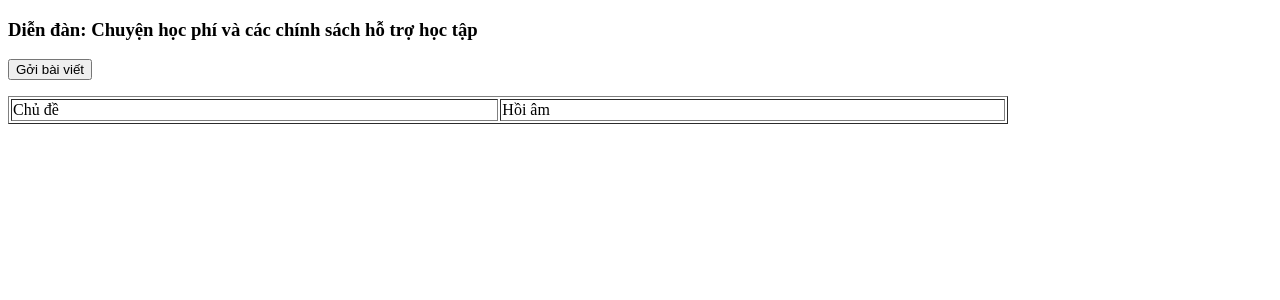
Repository: nguyenthanhnhan-st-961/GiuaKyChuyenDeWeb
Page: http://localhost/listTopics
The author's editor kept a copy of each file at every save. The page is drawn from the files as they stood at one save, then again after the next save.
The browser window is 1280 px wide. The pictures show the whole page.
The page is this project's Thymeleaf template; nobody is signed in. The template is opened directly, without the code that normally fills it, so the values that code supplies are empty.

Above is the page before, as saved 2023-04-12 00:57:40.

After the next save:
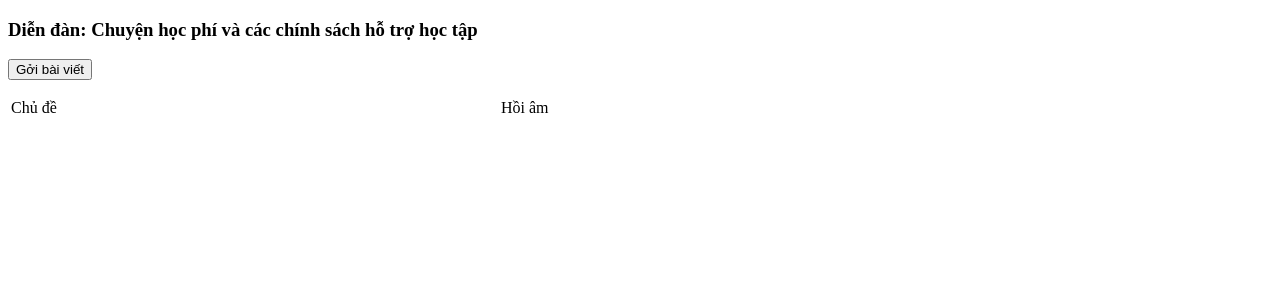
Saved 8 s later.
--- a/Forum/src/main/resources/templates/listTopics.html
+++ b/Forum/src/main/resources/templates/listTopics.html
@@ -9,7 +9,7 @@
 
 	<p> <a href="#"><button type="button">Gởi bài viết</button></a></p>
 
-	<table border="1px" style="width:1000px">
+	<table border="0px" style="width:1000px">
 		<thead>
 			<tr>
 				<td>Chủ đề</td>

After the save that followed:
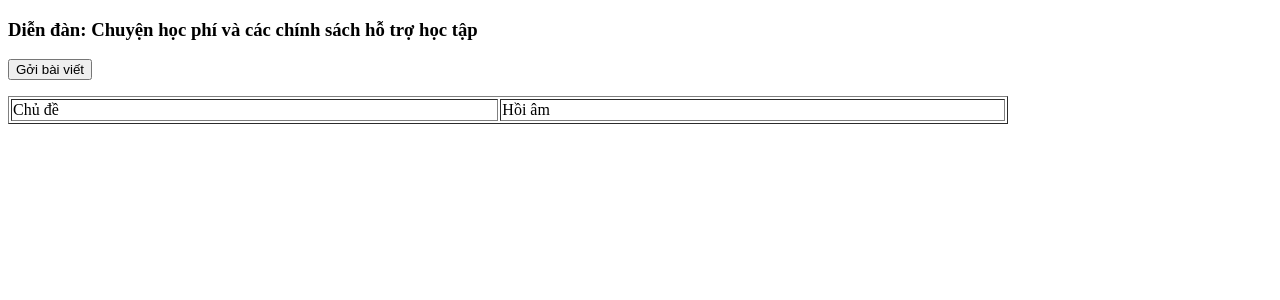
Saved 10 s later.
--- a/Forum/src/main/resources/templates/listTopics.html
+++ b/Forum/src/main/resources/templates/listTopics.html
@@ -9,7 +9,7 @@
 
 	<p> <a href="#"><button type="button">Gởi bài viết</button></a></p>
 
-	<table border="0px" style="width:1000px">
+	<table border="1" style="width:1000px">
 		<thead>
 			<tr>
 				<td>Chủ đề</td>
